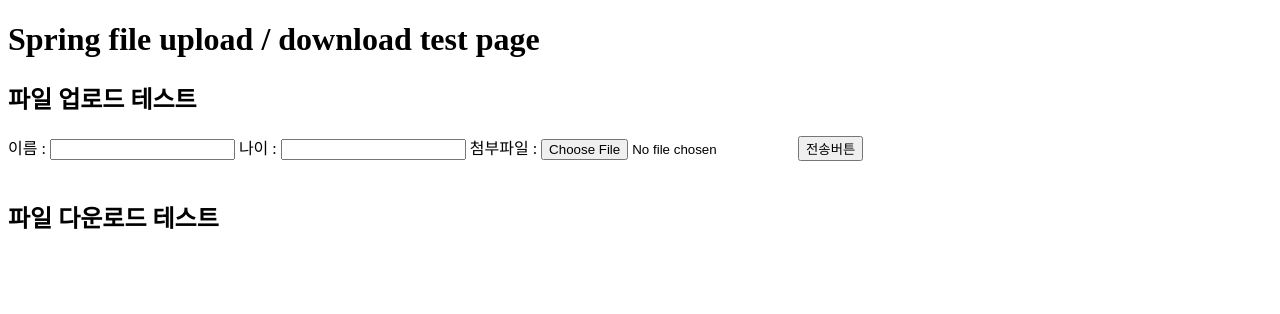
Repository: jeongdoc/KH.S-Class
Page: http://localhost/first/WEB-INF/views/test/testFileUpDown.jsp
An editor plug-in stored every save of this project. The page is shown before and after the next save, followed by the edit.
The browser window is 1280 px wide. The pictures show the whole page.
The page is served by Tomcat 9. Nobody is signed in. Other server files are loaded and not shown. The template is opened directly, without the code that normally fills it, so the values that code supplies are empty.

Above is the page before, as saved 2019-04-22 07:53:03.

### framework_space/first/src/main/webapp/WEB-INF/views/test/testFileUpDown.jsp
<%@ page language="java" contentType="text/html; charset=UTF-8"
    pageEncoding="UTF-8"%>
<!DOCTYPE html>
<html>
<head>
<meta charset="UTF-8">
<title>FirstTest</title>
<script type="text/javascript" src='${ pageContext.request.contextPath }/resources/js/jquery-3.3.1.min.js'></script>
</head>
<body>
<h1>Spring file upload / download test page</h1>
<h2>파일 업로드 테스트</h2>
<form action='fileUp.do' method='post' enctype='multipart/form-data'>
이름 : <input type='text' name='name' required/>
나이 : <input type='number'name='age' required/>
첨부파일 : <input type='file' name='upfile'/>
<input type='submit' value='전송버튼'/>
</form>
<br>
<h2>파일 다운로드 테스트</h2>

</body>
</html>

Loaded but not shown: framework_space/first/src/main/webapp/resources/js/jquery-3.3.1.min.js (library)

After the next save:
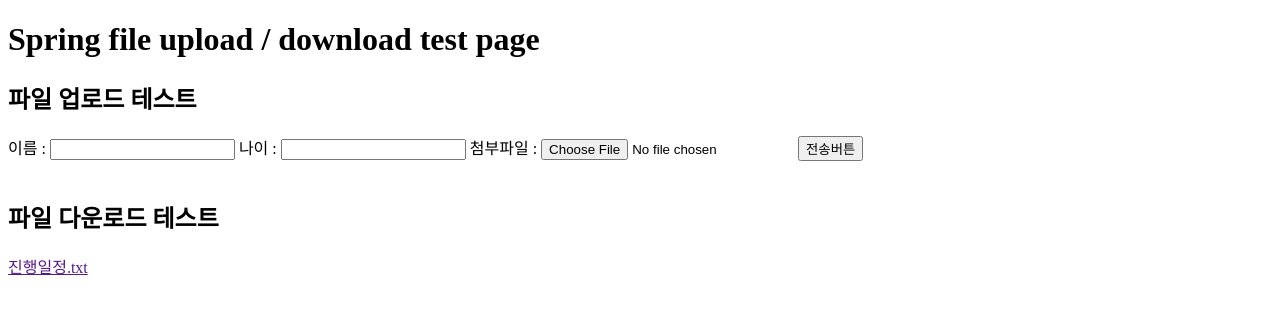
Saved 3 min 38 s later.
--- a/framework_space/first/src/main/webapp/WEB-INF/views/test/testFileUpDown.jsp
+++ b/framework_space/first/src/main/webapp/WEB-INF/views/test/testFileUpDown.jsp
@@ -18,6 +18,6 @@
 </form>
 <br>
 <h2>파일 다운로드 테스트</h2>
-
+<a href=''>진행일정.txt</a>
 </body>
 </html>
